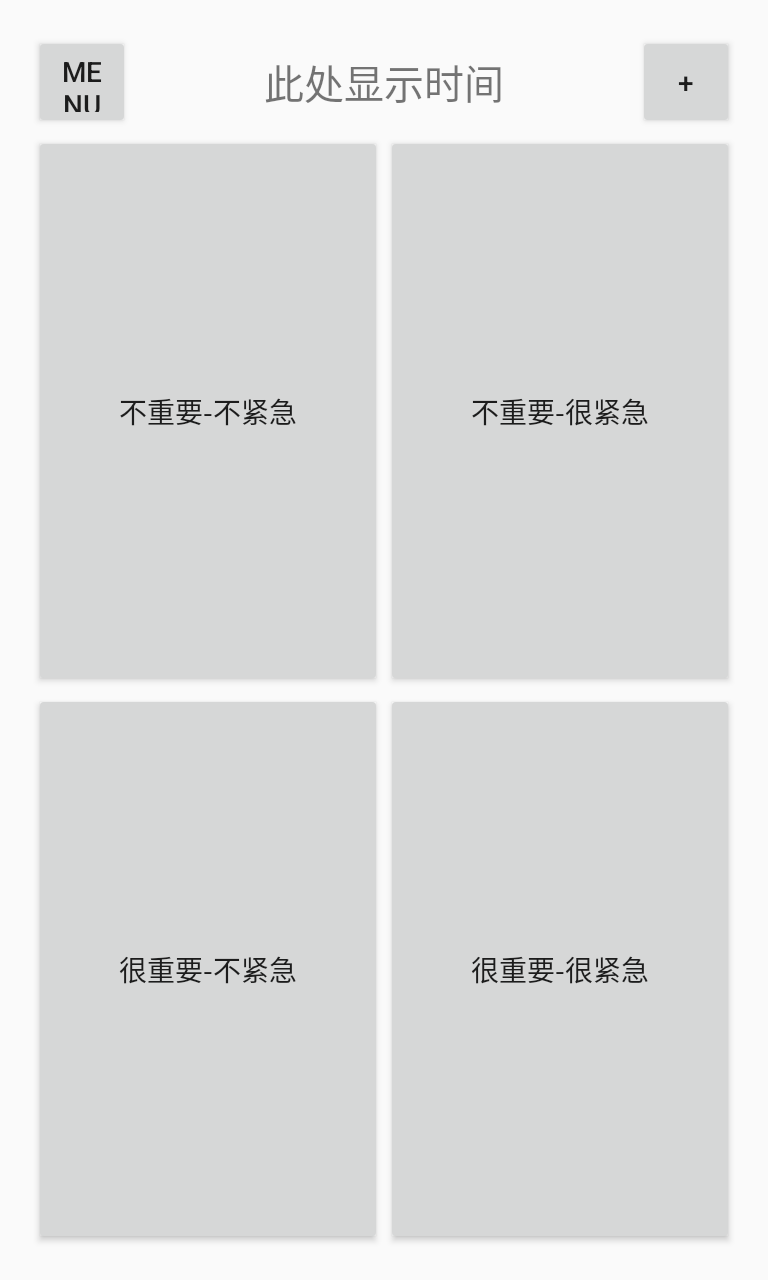
Repository: sh-zh-en/NBTodo
Layout: nbtodo/NBTodo/res/layout/activity_nbtodo_main.xml
An editor plug-in stored every save of this project. The layout is shown before and after the next save, followed by the edit.
It is drawn on a 768 x 1280 px phone screen (xhdpi) without system bars, with theme AppTheme; the app's code is not run.

Above is the layout before, as saved 2015-03-12 01:40:01.

After the next save:
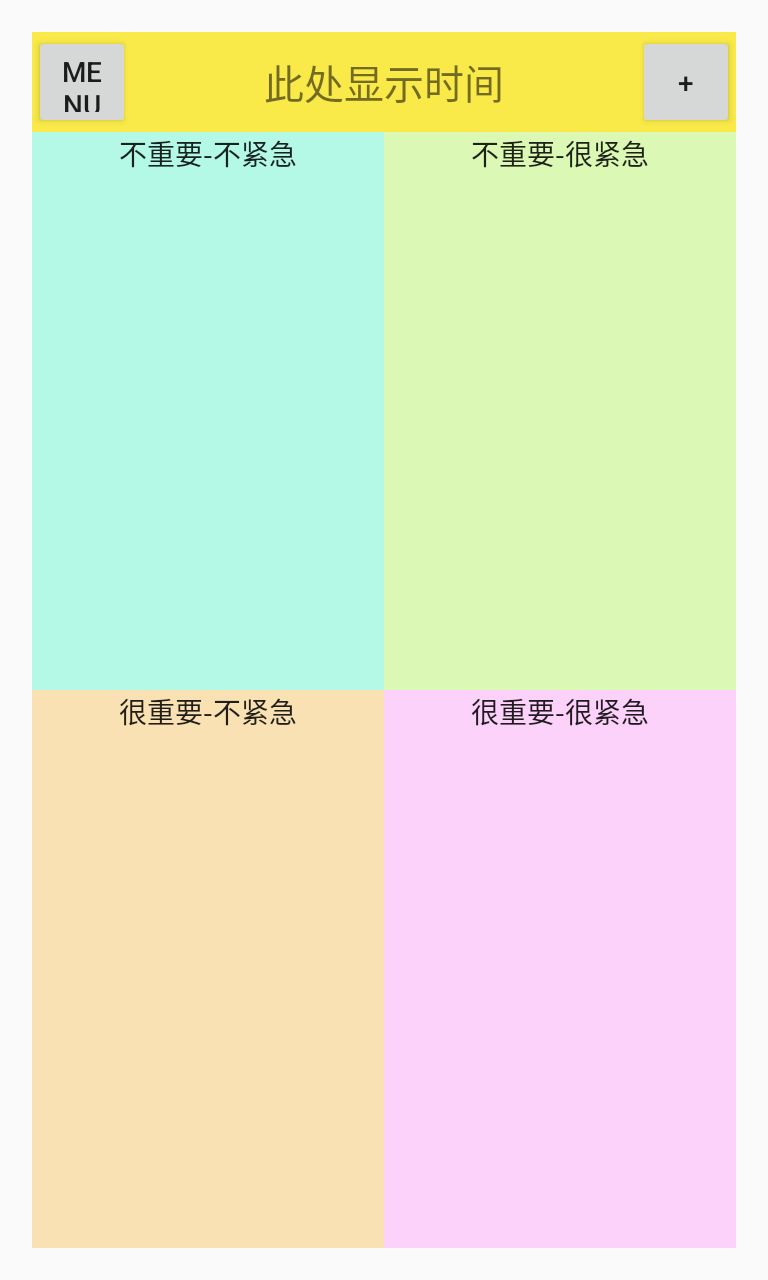
Saved 17 min 29 s later.
--- a/nbtodo/NBTodo/res/layout/activity_nbtodo_main.xml
+++ b/nbtodo/NBTodo/res/layout/activity_nbtodo_main.xml
@@ -18,6 +18,7 @@
 	        android:id="@+id/textview"
 	        android:layout_width="match_parent"
 	        android:layout_height="match_parent"
+	        android:background="#b4f9e500"
 	        android:text="@string/show_time"
 	        android:gravity="center"
 		    android:textSize="20sp"
@@ -55,6 +56,8 @@
 			    android:layout_width="wrap_content"
 			    android:layout_height="match_parent"
 			    android:layout_weight="1"
+			    android:background="#b4f9e5"
+			    android:gravity="center_horizontal|top"
 			    android:text="@string/addition_task_layout_radiobutton04" />
 
 			<Button
@@ -62,6 +65,8 @@
 			    android:layout_width="wrap_content"
 			    android:layout_height="match_parent"
 			    android:layout_weight="1"
+			    android:background="#dbf9b4"
+			    android:gravity="center_horizontal|top"
 			    android:text="@string/addition_task_layout_radiobutton03" />
 
 		</LinearLayout>
@@ -78,6 +83,8 @@
 			    android:layout_width="wrap_content"
 			    android:layout_height="match_parent"
 			    android:layout_weight="1"
+			    android:background="#f9e1b4"
+			    android:gravity="center_horizontal|top"
 			    android:text="@string/addition_task_layout_radiobutton02" />
 
 			<Button
@@ -85,6 +92,8 @@
 			    android:layout_width="wrap_content"
 			    android:layout_height="match_parent"
 			    android:layout_weight="1"
+			    android:background="#fcd1fa"
+			    android:gravity="center_horizontal|top"
 			    android:text="@string/addition_task_layout_radiobutton01" />
 
 		</LinearLayout>
